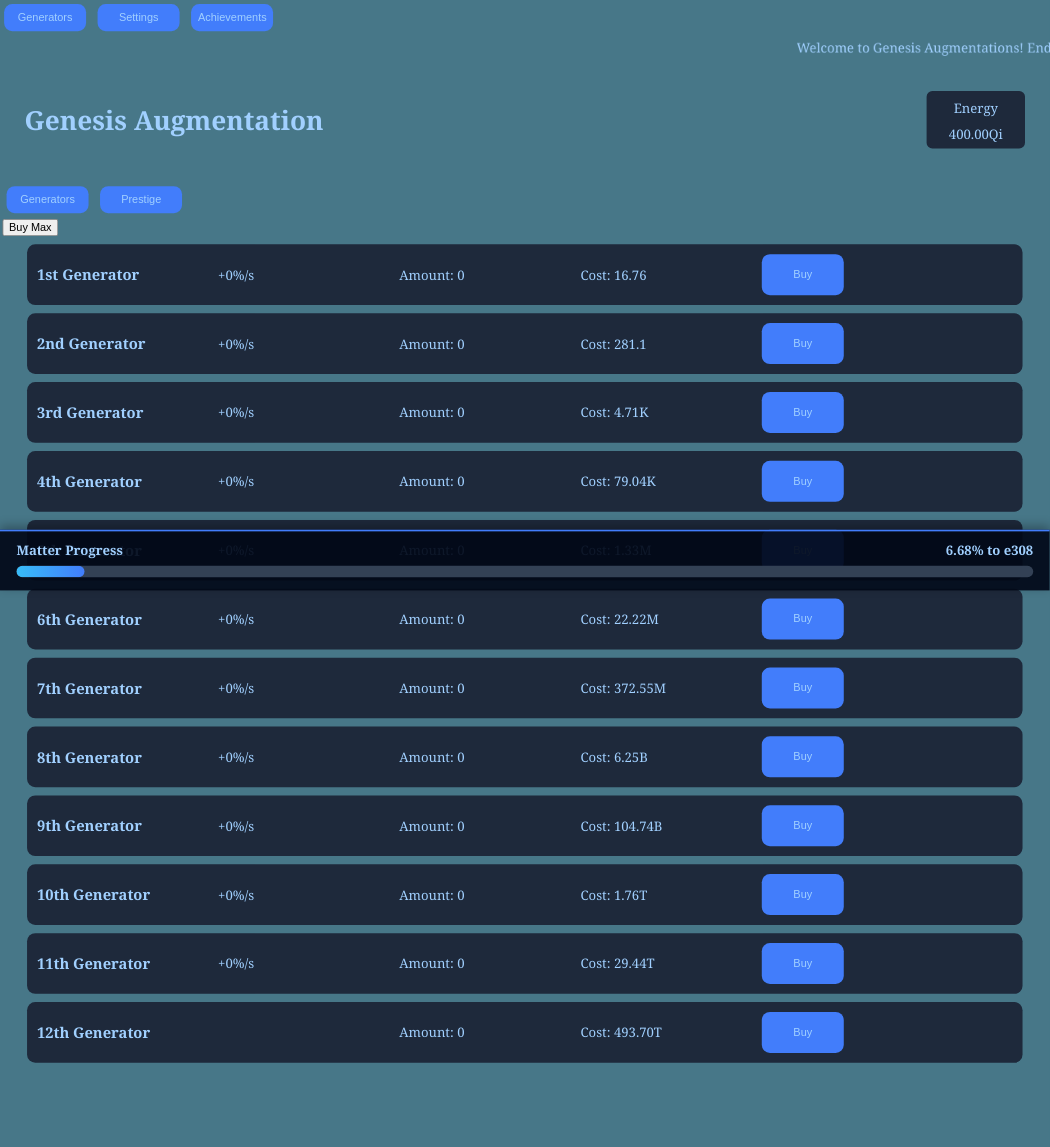
Repository: Kuyaaaaaaaaa/kuyaaaaaaaaa.github.io
Page: index.html
An editor plug-in stored every save of this project. The page is shown before and after the next save, followed by the edit.
The browser window is 1280 px wide. The pictures show the whole page, at 82% of full size.

Above is the page before, as saved 2026-07-18 15:35:47.
Console error: ReferenceError: openAPoopyTab is not defined

### index.html
<!DOCTYPE html>
<html lang="en">
<head>
    <meta charset="UTF-8">
    <meta name="viewport" content="width=device-width, initial-scale=1.0">
    <title>Genesis Augmentation</title>
    <link rel="stylesheet" href="style.css">
</head>
<body>
    <div class = "tabBarContainer" id="tabBar">
    <button class="tabButton" data-tab="dimensions" onclick="playSoundLib(clickSound)">Generators</button>
    <button class="tabButton" data-tab="settings" onclick="playSoundLib(clickSound)">Settings</button>
    <button class="tabButton" data-tab="achievements" onclick="playSoundLib(clickSound)">Achievements</button>
    </div>

    <div id="news-ticker">
    <span id="news-text">
        Welcome to Genesis Augmentations! Endgame is unbalanced, like always....
    </span>
    </div>

    <div class="header">
        <h1>Genesis Augmentation</h1>

        <div class="energy">
            Energy
            <span id="energy">0</span>
        </div>

    </div>

<div class="tabPage" id="dimensions">

    <div class="subTabBar">
           <button class="subTabButton" data-group="dimensionTabs" data-page="dimensions" onclick="playSoundLib(clickSound)">Generators</button>
           <button class="subTabButton" data-group="dimensionTabs" data-page="prestige" onclick="playSoundLib(clickSound)">Prestige</button>
    </div>

    <div class="subTabPage" id="dimensionsSubPage" data-group="dimensionTabs" data-page="dimensions">

        <button onclick="maxAllDimensions(); playSoundLib(clickSound);">Buy Max</button>

        <div id="dimensionContainer"></div>

    </div>

    <div class="subTabPage" id="prestigeSubPage" data-group="dimensionTabs" data-page="prestige" style="display: none;">

        <div id="prestigeContainer">

            <div class="backgroundFancy">
                <button id="compressEnergyButton">
                    Compress all your energy for a boost in Logarithms
                </button>

                <h2 id="compressBoost">100 → ?</h2>

            </div>

        </div>

    </div>

</div>

<div class="tabPage" id="settings">

    <div class="settingsContainer">

        <h2 class="h2">Settings</h2>

        <div class="saveLoadButtons">



            <button onclick="save(); playSoundLib(clickSound);" id="saveButton">Save</button>
            <button onclick="load()" id="loadButton">Load</button>
            <button onclick="playSoundLib(clickSound)" id="wipeButton">Wipe Save</button>

        </div>

    </div>

    <div id="wipeConfirm" class="wipeConfirmationContainer" style="display: none;">

        <p>Are you sure? This cannot be undone.</p>

        <button onclick="playSoundLib(clickSound)" id="confirmWipe">Yes</button>
        <button onclick="playSoundLib(clickSound)" id="cancelWipe">Cancel</button>
    </div>

</div>

<div class="tabPage" id="achievements">
    <div>Something here... yet >:)</div>
    <div id="achievementContainer"></div>
</div>

<div id="infinityProgressContainer" class="infinityProgressContainer" aria-label="Infinity progress">
    <div class="infinityProgressLabel">
        <span>Matter Progress</span>
        <span id="infinityProgressText">0.00% to "Infinity"</span>
    </div>
    <div class="infinityProgressBar">
        <div id="infinityProgressFill" class="infinityProgressFill"></div>
    </div>
</div>

    <script src="js/break_eternity.js"></script>
    <script src="js/data.js"></script>
    <script src="js/achievements.js"></script>
    <script src="js/player.js"></script>
    <script src="js/save.js"></script>
    <script src="js/production.js"></script>
    <script src="js/formatting.js"></script>
    <script src="js/newsmessages.js"></script>
    <script src="js/tabs.js"></script>
    <script src="js/initialization.js"></script>

</body>
</html>

### style.css
body {
    margin: 0;
    padding-bottom: 90px;
    background-color: #00435bb8;
    color: #a1d0ff;
    font-family: 'Georgia', Tahoma, Geneva, Verdana, sans-serif;
}

.infinityProgressContainer {
    position: fixed;
    left: 0;
    right: 0;
    bottom: 0;
    padding: 12px 20px 16px;
    background: rgba(2, 8, 23, 0.92);
    border-top: 2px solid #427dfb;
    box-shadow: 0 -4px 12px rgba(0, 0, 0, 0.3);
    z-index: 1000;
}

.infinityProgressLabel {
    display: flex;
    justify-content: space-between;
    align-items: center;
    margin-bottom: 8px;
    font-weight: bold;
}

.infinityProgressBar {
    width: 100%;
    height: 14px;
    background: #334155;
    border-radius: 999px;
    overflow: hidden;
}

.infinityProgressFill {
    width: 0%;
    height: 100%;
    background: linear-gradient(90deg, #38bdf8, #427dfb);
    border-radius: inherit;
    transition: width 0.1s linear;
}

#news-ticker {
    width: 100%;
    height: 30px;
    overflow: hidden;
    white-space: nowrap;
    position: relative;
    display: flex;
    align-items: center;
}

#news-text {
    position: absolute;
    left: 100%;
    color: #a1d0ff;
    display: inline-block;
    white-space: nowrap;
    animation: ticker 30s linear infinite;
    will-change: transform;
}

@keyframes ticker {
    from {
        transform: translateX(0%);
    }

    to {
        transform: translateX(calc(-100% - 100vw));
    }
}

.energy {
    display: flex;
    flex-direction: column;
    gap: 10px;
    align-items: center;
    width: 100px;
    height: 50px;
    background: #1e293b;
    border-radius: 7px;
    padding: 10px;
}

.dimensionRow button {
    margin-right: 12px;
    width: 100px;
    height: 50px;
    background-color: #427dfb;
    color: #a1d0ff;
    border: none;
    border-radius: 10px;
    padding: 8px;
    cursor: pointer;
}

.dimensionRow button:hover {
    background-color: #65a0ff;
}

.dimensionRow button:active {
    background-color: rgb(41, 92, 175);
}

.header {
    display: flex;
    justify-content: space-between;
    align-items: center;
    margin: 30px;
}

.dimensionRow {
    display: grid;
    grid-template-columns: 0.2fr 0.2fr 0.2fr 0.2fr 100px;
    align-items: center;
    gap: 15px;
    margin: 10px 30px;
    padding: 12px;
    background: #1e293b;
    border-radius: 10px;
}

.dimensionInfo {
    display: flex;
    flex-direction: column;
    align-items: center;
}

.dimensionName {
    font-weight: bold;
    font-size: 18px;
}

.dimensionStats {
    color: #cbd5e1;
    margin-top: 4px;
}

.tabPage {
    display: none;
}

.saveLoadButtons {
    display: flex;
    flex-direction: row;
    align-items: center;
    gap: 10px;
    width: fit-content;
    margin: 20px auto;
}

.saveLoadButtons button,
.wipeConfirmationContainer button {
    margin: 0;
    width: 100px;
    height: 50px;
    background-color: #427dfb;
    color: #a1d0ff;
    border: none;
    border-radius: 10px;
    padding: 8px;
    cursor: pointer;
}

.h2 {
    text-align: center;
    justify-content: center;
    margin-bottom: 20px;
}

.settingsContainer {
    justify-content: center;
    align-items: center;
    background: #1e293b;
    padding: 20px;
    border-radius: 10px;
}

.wipeConfirmationContainer {
    position: fixed;
    background-color: rgba(0, 0, 0, 0.5);
    left: 0;
    top: 0;
    width: 100%;
    height: 100%;
    display: flex;
    justify-content: center;
    align-items: center;
    padding: 20px;
}

.tabPage {
    padding: 3px;
}

.tabBarContainer button {
    margin: 5px;
    width: 100px;
    height: 33px;
    background-color: #427dfb;
    color: #a1d0ff;
    border: none;
    border-radius: 10px;
    padding: 8px;
    cursor: pointer;
}

.subTabBar button {
    margin: 5px;
    width: 100px;
    height: 33px;
    background-color: #427dfb;
    color: #a1d0ff;
    border: none;
    border-radius: 10px;
    padding: 8px;
    cursor: pointer;
}

.achievementRow {
    display: grid;
    grid-template-columns: 0.2fr 0.2fr 0.2fr;
    align-items: center;
    gap: 15px;
    margin: 10px 30px;
    padding: 12px;
    background: #1e293b;
    border-radius: 10px;
}

.backgroundFancy {
    display: grid;
    grid-template-columns: 1fr 1fr;
    align-items: center;
    margin: 10px 30px;
    padding: 12px;
    background: #1e293b;
    border-radius: 10px;
}

#compressEnergyButton {
    margin: 5px;
    width: 300px;
    height: 50px;
    background-color: #427dfb;
    color: #a1d0ff;
    border: none;
    border-radius: 10px;
    padding: 8px;
    cursor: pointer;
}

### js/achievements.js
function createAllAchievements() {
    const achievements = [];
    for (let i = 1; i <= 100; i++) {
        achievements.push(createAchievement(i));
    }
    return achievements;
}

function createAchievement(id) {
    return {
        id: id,
        name: achievementNames[id - 1] || "Achievement " + id,
        description: achievementDescriptions[id - 1] || "Description for Achievement " + id,
        requirement: achievementRequirements[id - 1] || function () { return false; },
        unlocked: false
    };
}

const achievementNames = [
    "First Steps",
    "Getting Started",
    ":3",
    "4 i in range",
    "Alphabetical Order",
    "Because 789",
    "Seven Leaf Clover",
    "Offbrand Infinity",
    "Nein",
    "307 orders of magnitude to go",
    "7",
    "?net sulp enin s'tahW"
];

const achievementDescriptions = [
    "Unlock your first generator.",
    "Unlock your second generator.",
    "Unlock your third generator.",
    "Unlock your fourth generator.",
    "Unlock your fifth generator.",
    "Unlock your sixth generator.",
    "Unlock your seventh generator.",
    "Unlock your eighth generator.",
    "Unlock your ninth generator.",
    "Unlock your tenth generator.",
    "Unlock your eleventh generator.",
    "Unlock your twelfth generator."
];

const achievementRequirements = [
    function () {
        return player.dimensions[0].bought >= 1;
    },
    function () {
        return player.dimensions[1].bought >= 1;
    },
    function () {
        return player.dimensions[2].bought >= 1;
    },
        function () {
        return player.dimensions[3].bought >= 1;
    },
    function () {
        return player.dimensions[4].bought >= 1;
    },
    function () {
        return player.dimensions[5].bought >= 1;
    },
        function () {
        return player.dimensions[6].bought >= 1;
    },
    function () {
        return player.dimensions[7].bought >= 1;
    },
    function () {
        return player.dimensions[8].bought >= 1;
    },
        function () {
        return player.dimensions[9].bought >= 1;
    },
    function () {
        return player.dimensions[10].bought >= 1;
    },
    function () {
        return player.dimensions[11].bought >= 1;
    },
];

function checkAchievements() {
    achievements[0].forEach(achievement => {
        if (!achievement.unlocked && achievement.requirement()) {
            achievement.unlocked = true;
            document.getElementById("unlockedSign" + achievement.id).textContent = "✔"
        }
    });
}

### js/player.js
// too many functions
// btw hello person!!!! ig you don't do javascript/html/css but it is pretty useful



const player = {
    energy: new Decimal(4e20),
    // hehehe
    dimensions: createAllDimensions(),
    compressedEnergy: new Decimal(0),
    compressedEnergyCost: new Decimal(1e18),
    entropy: new Decimal(0),
    notation: "Mixed Scientific",
    version: 2
};

const achievements = [
    createAllAchievements()
];


const deltaTime = 0.05;

### js/initialization.js
const dimensionContainer = document.getElementById("dimensionContainer");
const achievementContainer = document.getElementById("achievementContainer");
const prestigeContainer = document.getElementById("prestigeContainer");

function createDimensionRow(index) {
    const row = document.createElement("div");
    row.className = "dimensionRow";

    const name = document.createElement("div");
    name.className = "dimensionName";
    name.textContent = player.dimensions[index].name;

    const rate = document.createElement("div");
    rate.className = "dimensionsName";
    rate.textContent = "";
    rate.id = "rate" + index;


    const amount = document.createElement("div");
    amount.className = "dimensionAmount";
    amount.id = "amount" + index;

    const cost = document.createElement("div");
    cost.className = "dimensionCost";
    cost.id = "cost" + index;

    const button = document.createElement("button");
    button.textContent = "Buy";
    // button.title = `Amount: ${format(player.dimensions[index].bought)}\nMultiplier: ×${format(getDimensionMultiplier(index))}`;
    button.id = "button" + index;

    button.addEventListener("click", function () {
    buyDimension(index);
    clickSound.currentTime = 0;
    clickSound.play();

    });

    button.addEventListener("mouseenter", function () {
    button.title =
        `Bought: ${format(Decimal.fromNumber(player.dimensions[index].bought))}\nMultiplier: ×${format(getDimensionMultiplier(index))}`;
    });

    row.appendChild(name);
    row.appendChild(rate);
    row.appendChild(amount);
    row.appendChild(cost);
    row.appendChild(button);

    dimensionContainer.appendChild(row);
    // i love child
}

for (let i = 0; i < player.dimensions.length; i++) {
    createDimensionRow(i);
    // woah GENESIS WOAH WOAH WOAH GENESISSSSSSIIJ DJFOjsojfpjafsojsifdojifdojifsodp
}

// Initialize the news ticker with a random message
const ticker = document.getElementById("news-text");

function showRandomTickerMessage() {
    const message = newsmessages[Math.floor(Math.random() * newsmessages.length)];
    ticker.textContent = message;

    // Reset the animation
    /*ticker.style.animation = "none";
    void ticker.offsetWidth;
    ticker.style.animation = "ticker 30s linear infinite";*/
}

ticker.addEventListener("animationiteration", () => {
    showRandomTickerMessage();
});

function createAchievementRow(achievement) {
    const row = document.createElement("div");
    row.className = "achievementRow";

    const name = document.createElement("div");
    name.className = "achievementName";
    name.textContent = achievement.name;

    const description = document.createElement("div");
    description.className = "achievementDescription";
    description.textContent = achievement.description;

    const unlocked = document.createElement("div");
    unlocked.className = "achievementUnlocked";
    unlocked.id = "unlockedSign" + achievement.id
    unlocked.textContent = "✘"

    row.appendChild(name);
    row.appendChild(description);
    row.appendChild(unlocked);

    achievementContainer.appendChild(row);
}

for (let i = 0; i < achievements[0].length; i++) {
    createAchievementRow(achievements[0][i]);
}

document.getElementById("compressEnergyButton").addEventListener("click", function () {
    if (player.energy.gte(player.compressedEnergyCost)) {
        player.compressedEnergy = player.compressedEnergy.add(1);
        player.energy = new Decimal(0);
        player.compressedEnergyCost = player.compressedEnergyCost.mul(2.2142e3);
        document.getElementById("compressEnergyButton").textContent = "Compress your energy and generators for a log boost: " + format(player.compressedEnergyCost) + " Energy";

        for (let i = 0; i < player.dimensions.length - 1; i++) {
            player.dimensions[i].amount = new Decimal(10);
        };

        document.getElementById("compressBoost").textContent = format(new Decimal(20).max(new Decimal(100).sub(player.compressedEnergy.pow(0.5))));
    };
});

load();

newsmessages = fetchNews();
console.log(newsmessages);

setInterval(save, 10000);
setInterval(gameLoop,50)

openAPoopyTab("dimensions");


function playSoundLib(sound) {
  sound.currentTime = 0;
  sound.play();
}

Loaded but not shown: js/break_eternity.js (library); js/newsmessages.js (75 lines, source omitted); js/production.js (157 lines, source omitted); js/formatting.js (87 lines, source omitted); js/save.js (50 lines, source omitted); js/tabs.js (42 lines, source omitted); js/data.js (44 lines, source omitted)

After the next save:
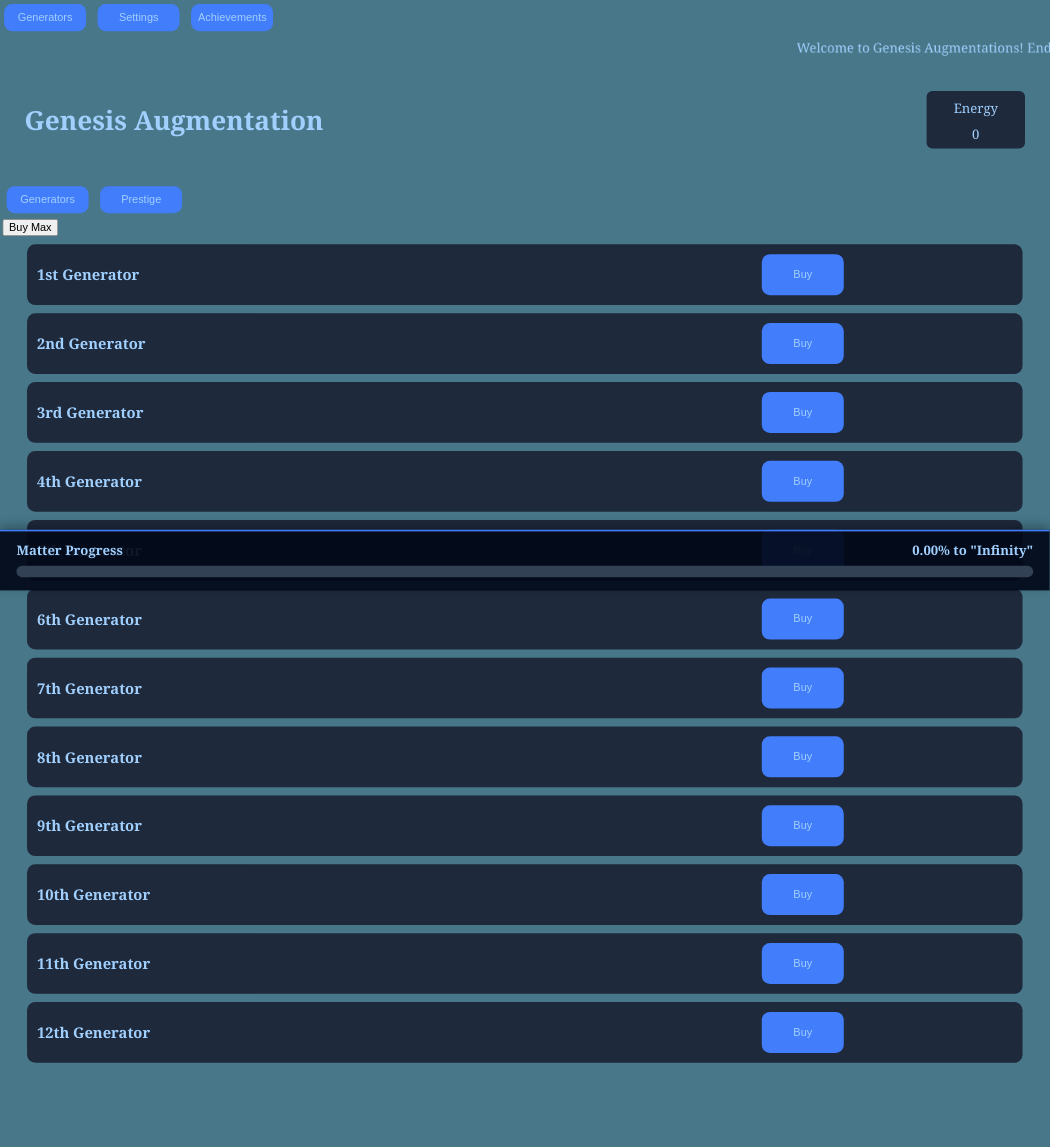
Saved 2 min 4 s later.
--- a/js/achievements.js
+++ b/js/achievements.js
@@ -17,8 +17,8 @@ function createAchievement(id) {
 }
 
 const achievementNames = [
-    "First Steps",
-    "Getting Started",
+    "Developer, I Hate You",
+    "Well Deserved",
     ":3",
     "4 i in range",
     "Alphabetical Order",
@@ -28,7 +28,10 @@ const achievementNames = [
     "Nein",
     "307 orders of magnitude to go",
     "7",
-    "?net sulp enin s'tahW"
+    "?net sulp enin s'tahW",
+    "Squeeze it out",
+    "We broke the 9th wall, and it's peaceful here.",
+    "The alpha is here"
 ];
 
 const achievementDescriptions = [
@@ -43,7 +46,10 @@ const achievementDescriptions = [
     "Unlock your ninth generator.",
     "Unlock your tenth generator.",
     "Unlock your eleventh generator.",
-    "Unlock your twelfth generator."
+    "Unlock your twelfth generator.",
+    "Do your first compressed energy reset.",
+    "Upgrade your ninth generator exactly 9 times.",
+    "Have one thousand concurrent alpha."
 ];
 
 const achievementRequirements = [
@@ -83,6 +89,15 @@ const achievementRequirements = [
     function () {
         return player.dimensions[11].bought >= 1;
     },
+    function () {
+        return player.compressedEnergy.gte(0);
+    },
+    function () {
+        return player.dimensions[8].bought === 9;
+    },
+    function () {
+        return player.alpha.gte(1000);
+    }
 ];
 
 function checkAchievements() {

After the save that followed:
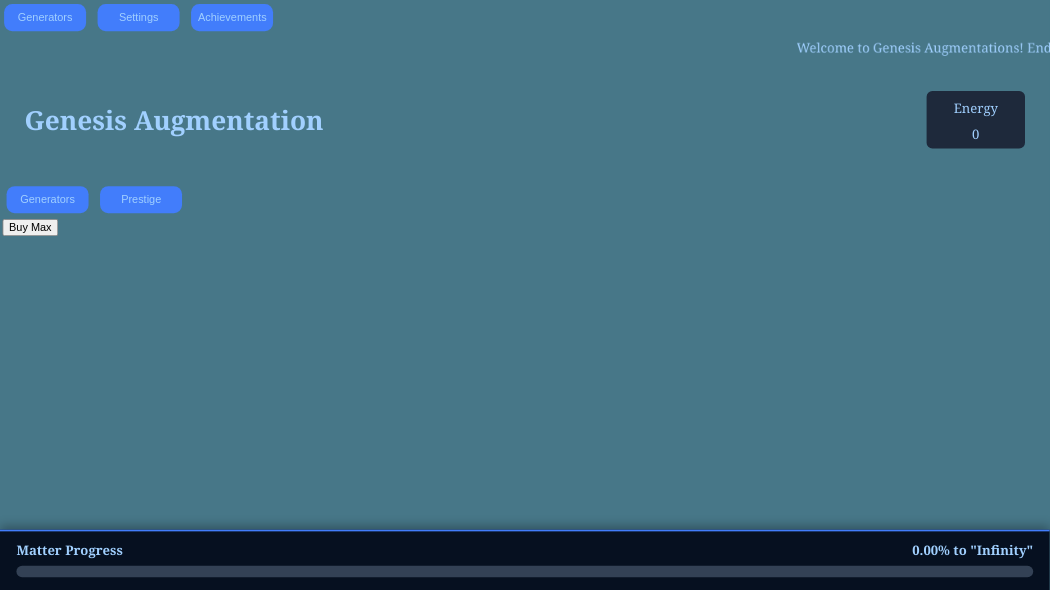
Console error: ReferenceError: MixedScientificNotation is not defined
Saved 71 s later.
--- a/js/initialization.js
+++ b/js/initialization.js
@@ -1,6 +1,39 @@
 const dimensionContainer = document.getElementById("dimensionContainer");
 const achievementContainer = document.getElementById("achievementContainer");
 const prestigeContainer = document.getElementById("prestigeContainer");
+
+const notationSelect = document.getElementById("notationSelect");
+
+function refNotUpdatedUI() {
+    document.getElementById("compressEnergyButton").textContent = "Compress your energy and generators for a log boost: " + format(player.compressedEnergyCost) + " Energy";
+    document.getElementById("compressBoost").textContent = "log"+format(new Decimal(20).max(new Decimal(100).sub(player.compressedEnergy.pow(0.5))))+"()";
+    document.getElementById("entropyBoost").textContent = format(player.entropy.log(10).max(1));
+}
+
+const NOTATIONS = {
+    "Mixed Scientific": new MixedScientificNotation(),
+    "Shi": new ShiNotation(),
+    "Standard": new StandardNotation(),
+    "Pickle Dough": new PickleDoughNotation(),
+    "Assorted Moans": new AssortedMoansNotation()
+};
+
+if (notationSelect) {
+    notationSelect.value = player.notation || "Mixed Scientific";
+    notationSelect.addEventListener("change", function () {
+        player.notation = notationSelect.value;
+        save();
+        updateUI();
+        refNotUpdatedUI();
+        updateNewsTicker();
+    });
+}
+
+
+function format(decimalValue) {
+    return NOTATIONS[player.notation].formatC(decimalValue);
+}
+
 
 function createDimensionRow(index) {
     const row = document.createElement("div");
@@ -30,9 +63,9 @@ function createDimensionRow(index) {
     button.id = "button" + index;
 
     button.addEventListener("click", function () {
-    buyDimension(index);
-    clickSound.currentTime = 0;
-    clickSound.play();
+        buyDimension(index);
+        clickSound.currentTime = 0;
+        clickSound.play();
 
     });
 
@@ -60,8 +93,13 @@ for (let i = 0; i < player.dimensions.length; i++) {
 const ticker = document.getElementById("news-text");
 
 function showRandomTickerMessage() {
-    const message = newsmessages[Math.floor(Math.random() * newsmessages.length)];
-    ticker.textContent = message;
+    const messages = Array.isArray(newsmessages) && newsmessages.length > 0
+        ? newsmessages
+        : ["Welcome to Genesis Augmentations!"];
+    const message = messages[Math.floor(Math.random() * messages.length)];
+    if (ticker) {
+        ticker.textContent = message;
+    }
 
     // Reset the animation
     /*ticker.style.animation = "none";
@@ -105,14 +143,29 @@ document.getElementById("compressEnergyButton").addEventListener("click", functi
     if (player.energy.gte(player.compressedEnergyCost)) {
         player.compressedEnergy = player.compressedEnergy.add(1);
         player.energy = new Decimal(0);
-        player.compressedEnergyCost = player.compressedEnergyCost.mul(2.2142e3);
+        player.compressedEnergyCost = player.compressedEnergyCost.mul(2.2142e2);
         document.getElementById("compressEnergyButton").textContent = "Compress your energy and generators for a log boost: " + format(player.compressedEnergyCost) + " Energy";
 
         for (let i = 0; i < player.dimensions.length - 1; i++) {
             player.dimensions[i].amount = new Decimal(10);
         };
 
-        document.getElementById("compressBoost").textContent = format(new Decimal(20).max(new Decimal(100).sub(player.compressedEnergy.pow(0.5))));
+        document.getElementById("compressBoost").textContent = "log"+format(E(20).max(E(100).sub(player.compressedEnergy.pow(0.5))))+"()";
+    };
+});
+
+document.getElementById("entropyConverterButton").addEventListener("click", function () {
+    if (player.energy.gte(1e90)) {
+        player.entropy = player.entropy.add(player.energy.div(1e90).pow(0.5));
+        player.compressedEnergy = new Decimal(0);
+        player.compressedEnergyCost = new Decimal(1e10);
+        player.dimensions = createAllDimensions();
+
+        document.getElementById("entropyBoost").textContent = format(player.entropy.log(10).max(1));
+        document.getElementById("compressBoost").textContent = "log"+format(E(20).max(E(100).sub(player.compressedEnergy.pow(0.5))))+"()";
+        document.getElementById("compressEnergyButton").textContent = "Compress your energy and generators for a log boost: " + format(player.compressedEnergyCost) + " Energy";
+        player.energy = new Decimal(280.9);
+        updateUI();
     };
 });
 
